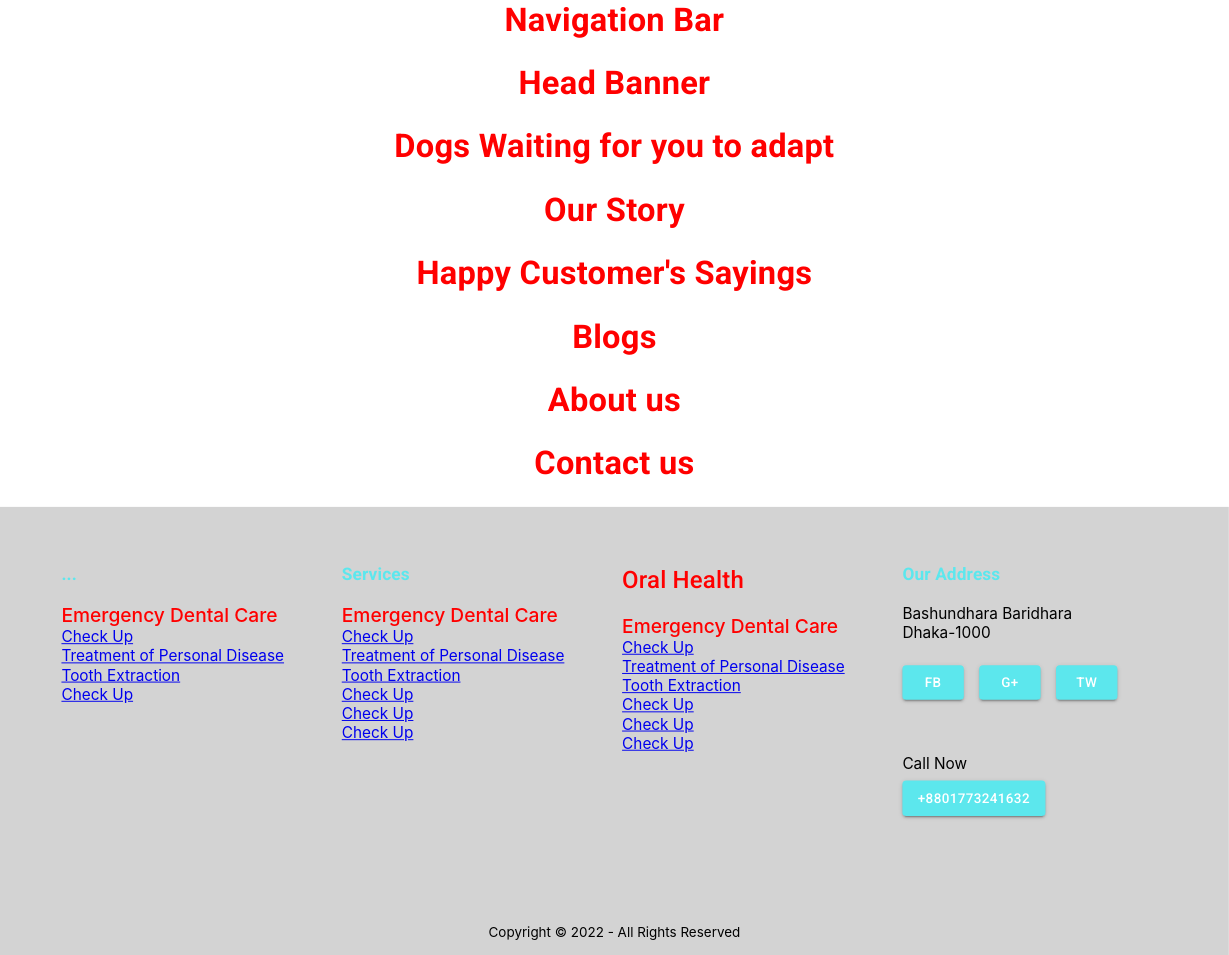
Repository: Sharif-00112/dogos-paradise-client
Page: /
An editor plug-in stored every save of this project. The page is shown before and after the next save, followed by the edit.
The browser window is 1280 px wide. The pictures show the whole page, at 96% of full size.
The page's requests for data from a server got no answer. The project was rebuilt for these pictures with package versions that can differ from the ones it lists, and the page was loaded fresh each time. Some packages were replaced by stand-ins written for this rebuild. No one was signed in, and anything a server would have sent is missing. Also part of the build but not shown: src/Pages/Login/Login/Login.js, src/Pages/Login/Register/Register.js, src/Pages/NotFound/NotFound.js.

Above is the page before, as saved 2022-11-30 22:35:14.

After the next save:
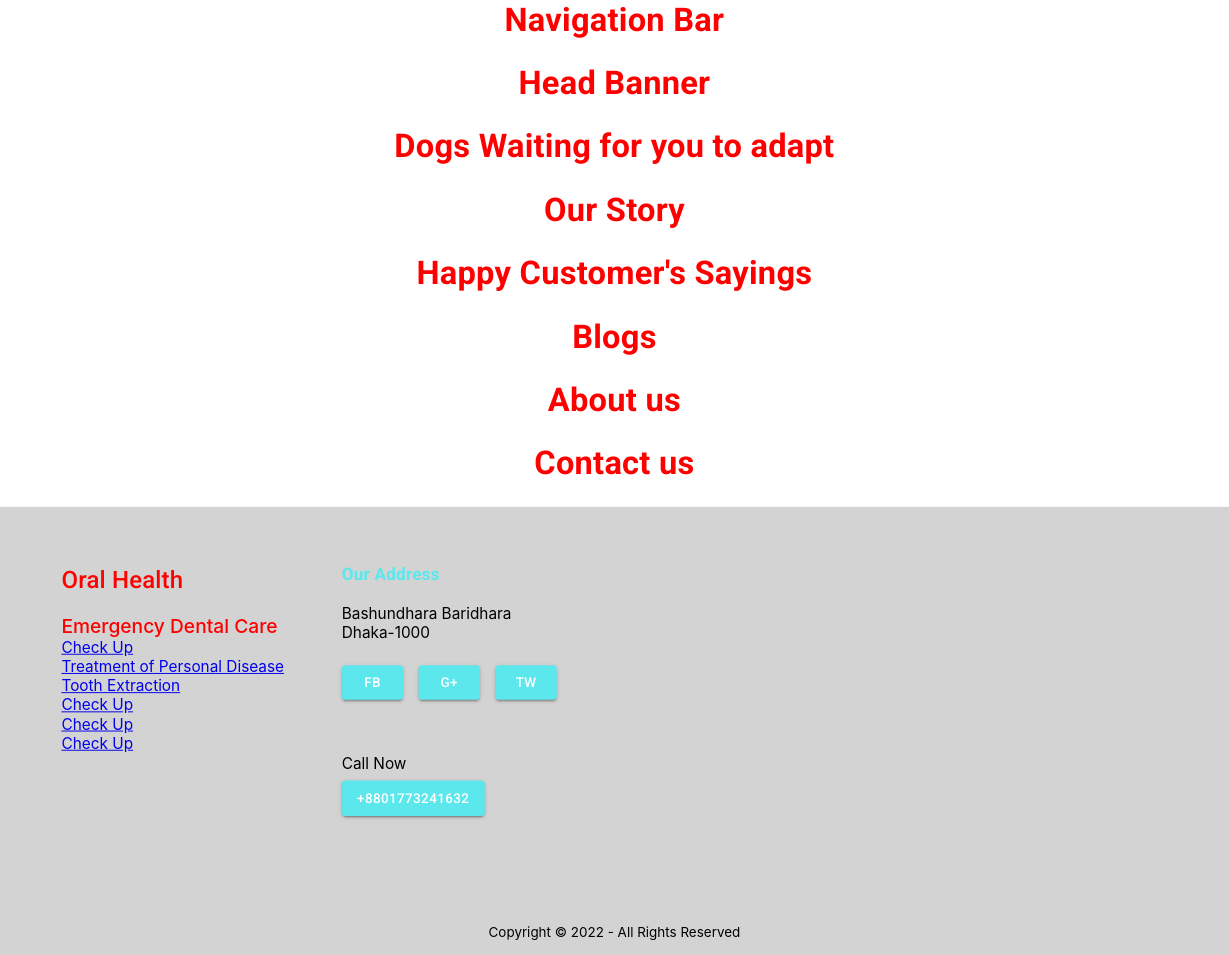
Saved 42 s later.
--- a/src/Pages/Shared/Footer/Footer.js
+++ b/src/Pages/Shared/Footer/Footer.js
@@ -19,62 +19,6 @@ const Footer = () => {
         <Container sx={{ py: 5 }}>
             <Box sx={{ flexGrow: 1 }}>
                 <Grid container spacing={2}>
-                    <Grid item style={{ textAlign: 'left'}} xs={6} md={3}>
-                        <Typography sx={{ my:2, fontSize: 18, fontWeight: 600 }} style={{color: '#5CE7ED'}} variant="h6" component="div">
-                            ...
-                        </Typography>
-                        <Link style={{ textDecoration:'none', color: 'red', fontWeight: 500, fontSize: 20 }} to = '/emergencyDentalCare'>
-                            Emergency Dental Care
-                        </Link>
-                        <br />
-                        <Link to = '/checkUp'>
-                            Check Up
-                        </Link>
-                        <br />
-                        <Link to = '/treatmentOfPersonalDisease'>
-                            Treatment of Personal Disease
-                        </Link>
-                        <br />
-                        <Link to = '/toothExtraction'>
-                            Tooth Extraction
-                        </Link>
-                        <br />
-                        <Link to = '/checkUp'>
-                            Check Up
-                        </Link>
-                    </Grid>
-                    <Grid item style={{ textAlign: 'left'}} xs={6} md={3}>
-                        <Typography sx={{ my:2, fontSize: 18, fontWeight: 600 }} style={{color: '#5CE7ED'}} variant="h6" component="div">
-                            Services
-                        </Typography>
-                        <Link style={{ textDecoration:'none', color: 'red', fontWeight: 500, fontSize: 20 }} to = '/emergencyDentalCare'>
-                            Emergency Dental Care
-                        </Link>
-                        <br />
-                        <Link to = '/checkUp'>
-                            Check Up
-                        </Link>
-                        <br />
-                        <Link to = '/treatmentOfPersonalDisease'>
-                            Treatment of Personal Disease
-                        </Link>
-                        <br />
-                        <Link to = '/toothExtraction'>
-                            Tooth Extraction
-                        </Link>
-                        <br />
-                        <Link to = '/checkUp'>
-                            Check Up
-                        </Link>
-                        <br />
-                        <Link to = '/checkUp'>
-                            Check Up
-                        </Link>
-                        <br />
-                        <Link to = '/checkUp'>
-                            Check Up
-                        </Link>
-                    </Grid>
                     <Grid item style={{ textAlign: 'left'}} xs={6} md={3}>
                         <Typography sx={{ my:2, fontSize: 18, fontWeight: 600 }} style={{color: 'red', fontWeight: 500, fontSize: 25 }} variant="h6" component="div">
                             Oral Health
